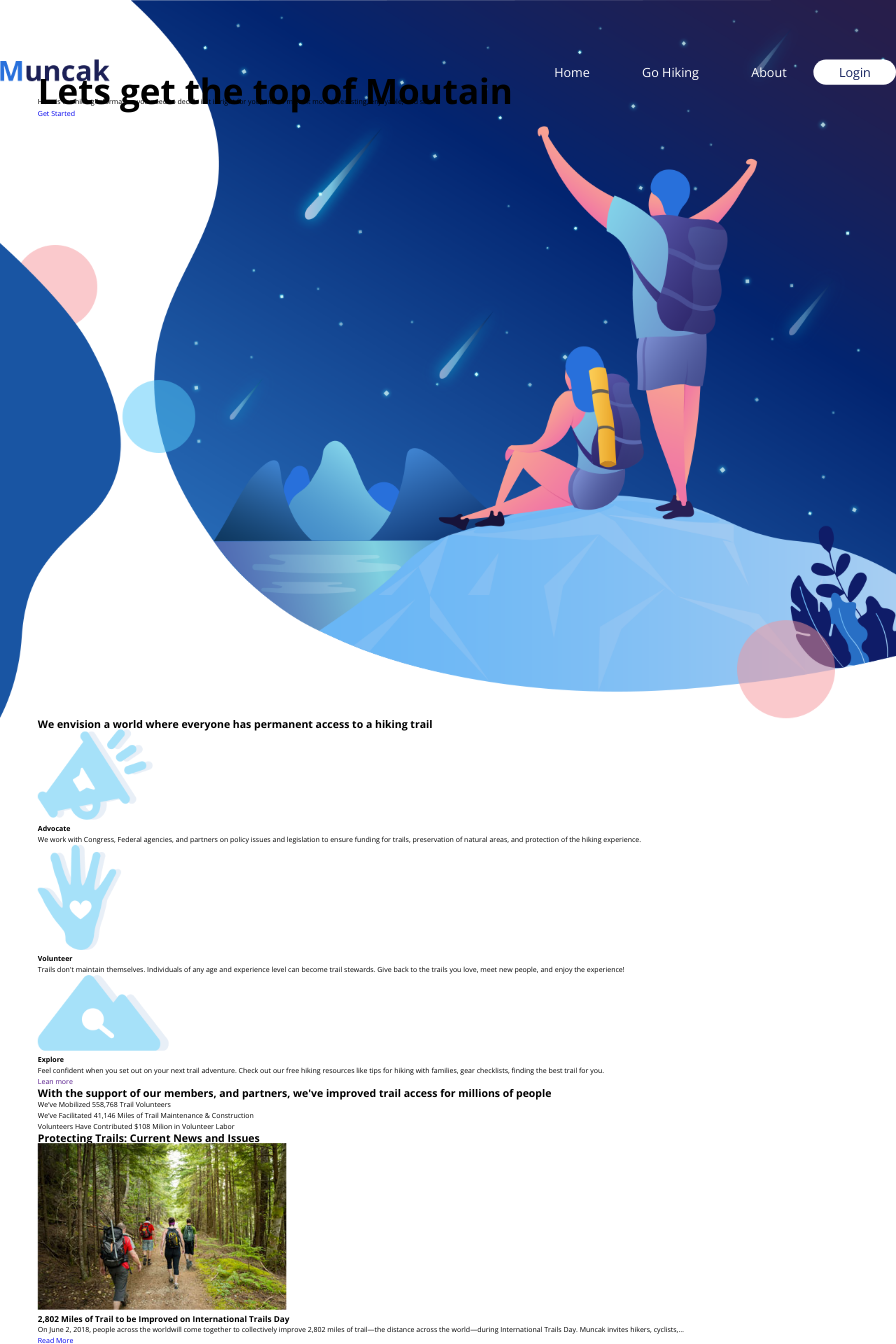
Repository: huubinh98/Project
Page: muncak/index.html
An editor plug-in stored every save of this project. The page is shown before and after the next save, followed by the edit.
The browser window is 1280 px wide. The pictures show the part of the page from y = 0 to 1920 px (the page is 2989 px tall), at 70% of full size.

Above is the page before, as saved 2021-08-28 16:21:44.

After the next save:
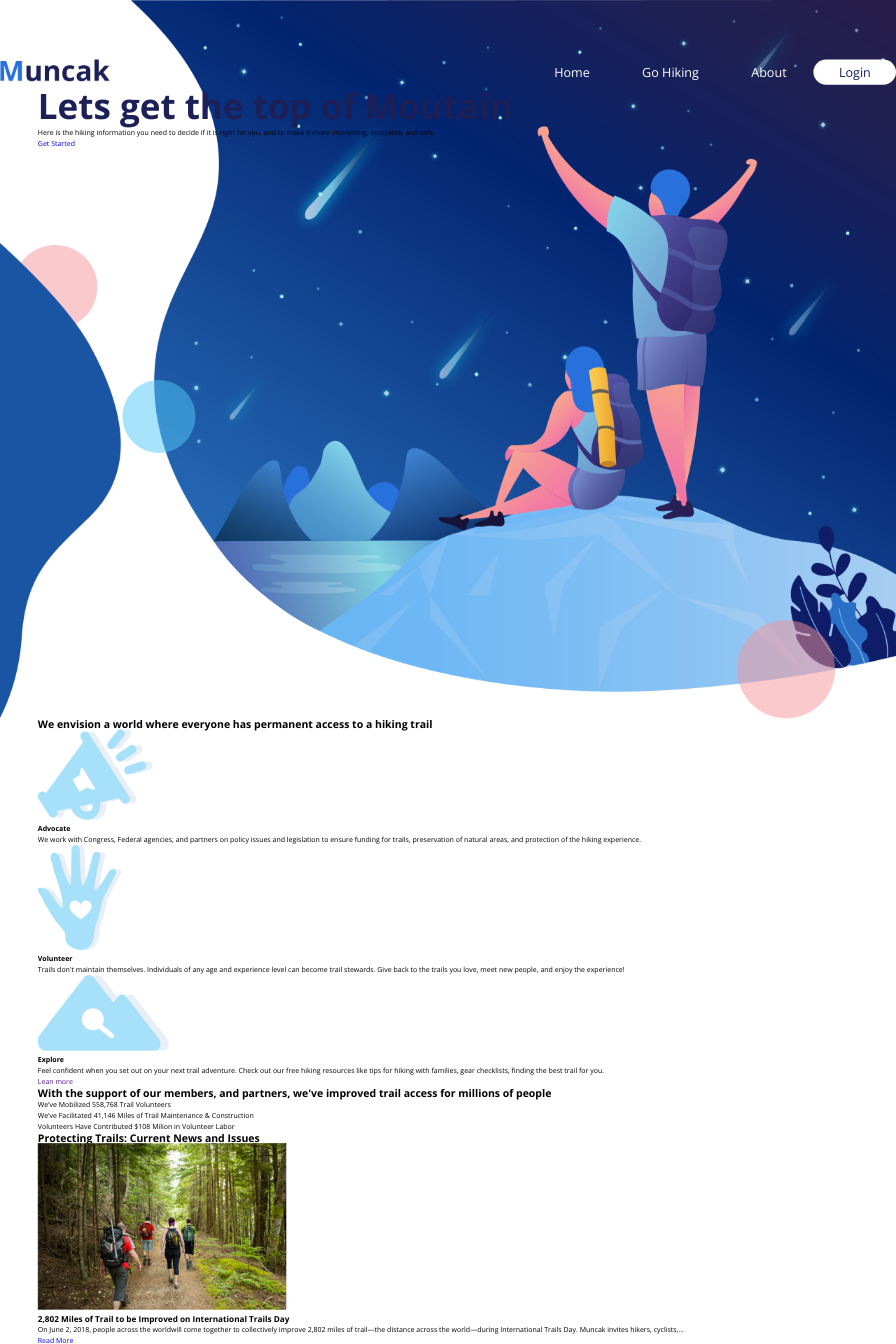
Saved 13 s later.
--- a/muncak/style.css
+++ b/muncak/style.css
@@ -80,8 +80,8 @@ a {
 
 .heading-banner {
     font-size: 5rem;
-    line-height: 6rem
-    color: ;
+    line-height: 6rem;
+    color: #1c2056;
 }
 
 .heading-desc {
